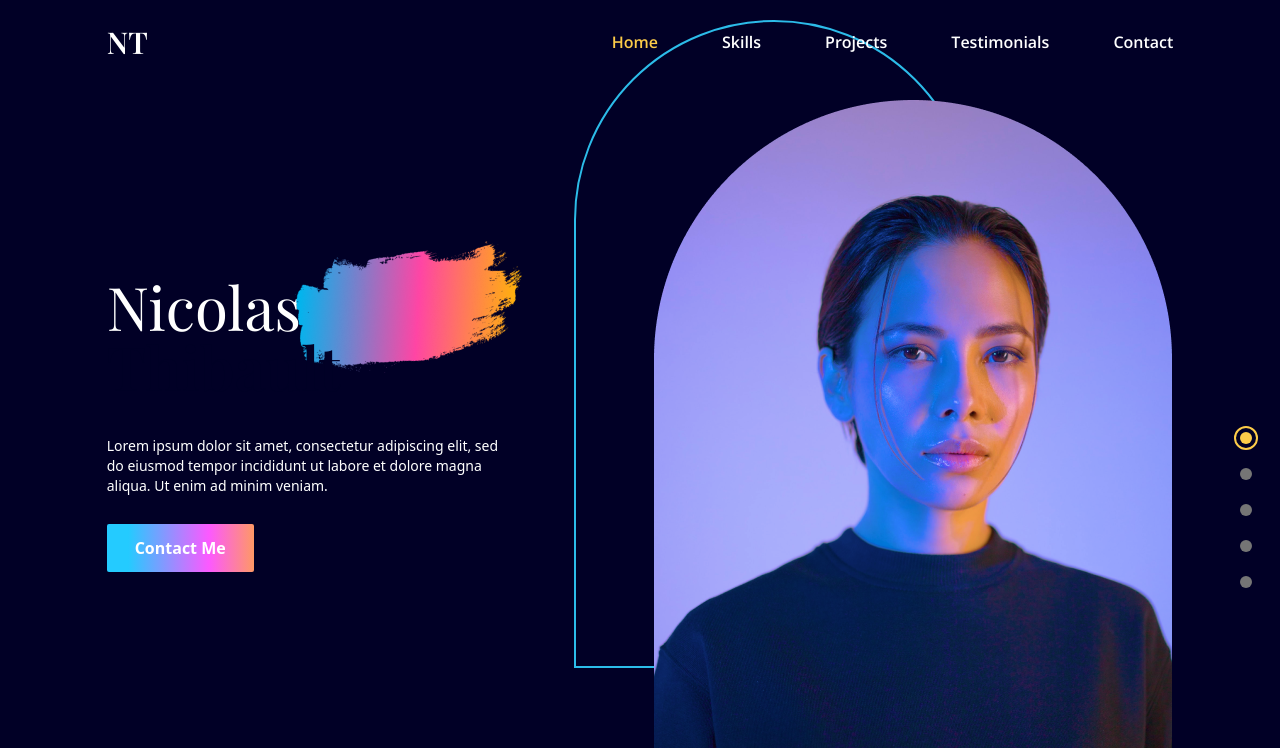
Repository: thibaultNicolas/portfolio-react
Page: /
The author's editor kept a copy of each file at every save. The page is drawn from the files as they stood at one save, then again after a run of saves.
The browser window is 1280 px wide. The pictures show the whole page.
The project was rebuilt for these pictures with package versions that can differ from the ones it lists, and the page was loaded fresh each time. Also part of the build but not shown: next.config.ts.

Above is the page before, as saved 2023-01-08 10:48:25.

After the next 2 saves:
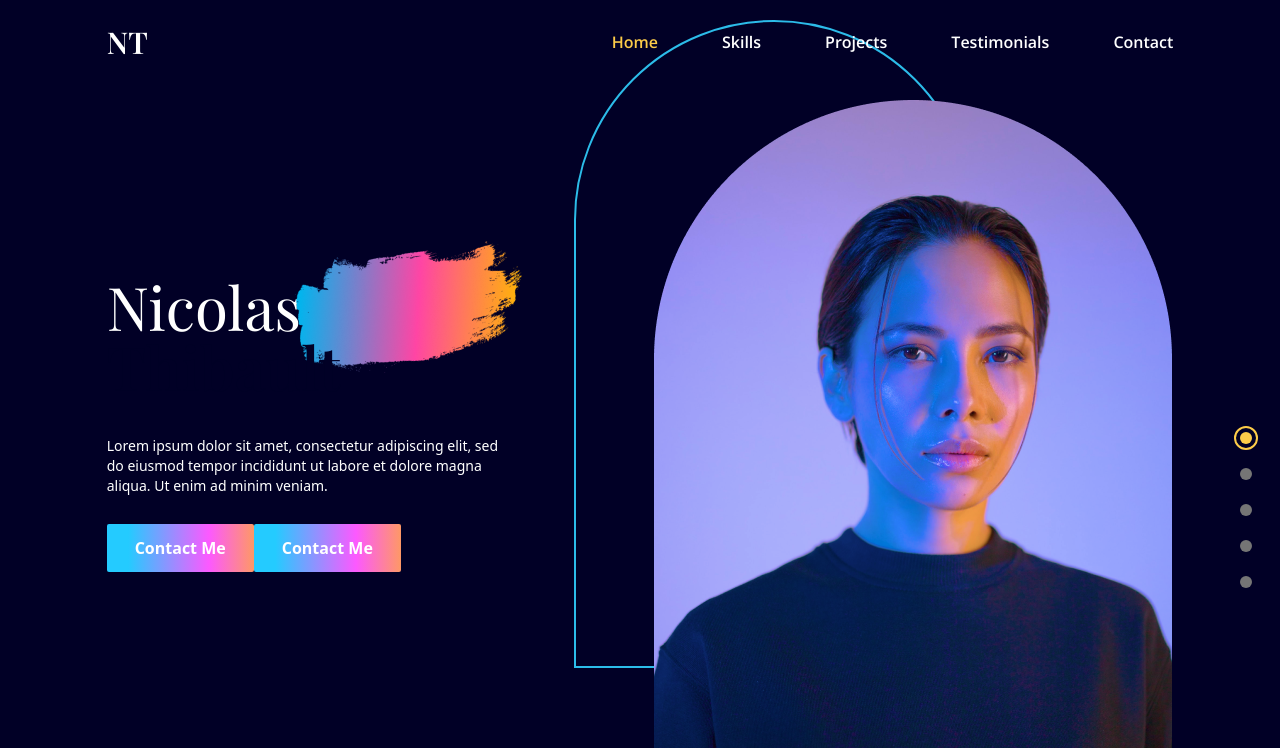
The 2 saves are shown as one change because they came seconds apart.
The last was saved 13 s later.
--- a/src/scenes/Landing.jsx
+++ b/src/scenes/Landing.jsx
@@ -77,6 +77,13 @@ const Landing = ({ setSelectedPage }) => {
                     href="#contact">
                         Contact Me
                     </AnchorLink>
+
+                    <AnchorLink
+                    className='bg-gradient-rainblue txt-deep-blue rounded-sm py-3 px-7 font-semibold hover:bg-blue hover:text-white transition duration-500'
+                    onClick={()=> setSelectedPage("contact")}
+                    href="#contact">
+                        Contact Me
+                    </AnchorLink>
                 </motion.div>
             </div>
         </section>
